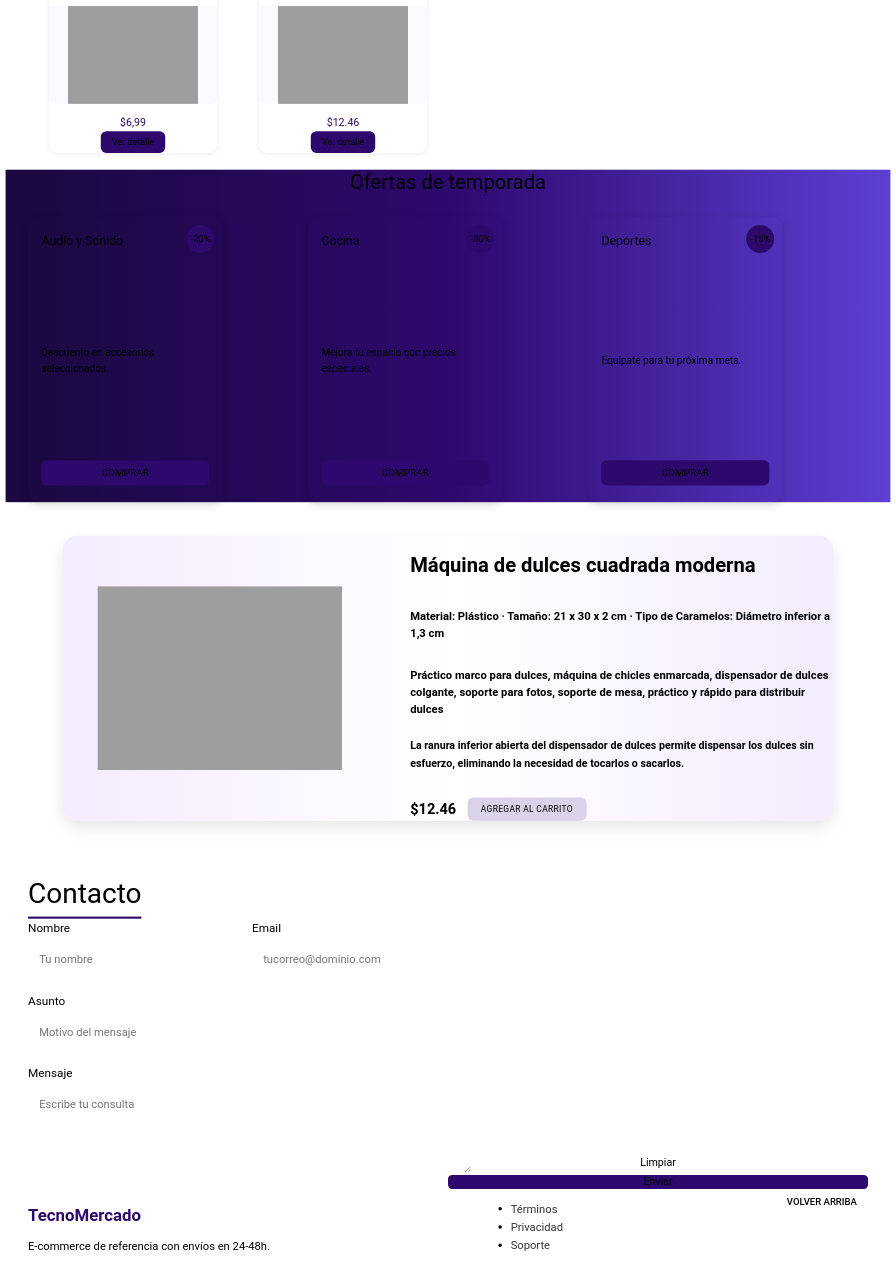
Repository: aryacarpavila/lab02_web
Page: index.html
The author's editor kept a copy of each file at every save. The page is drawn from the files as they stood at one save, then again after the next save.
The browser window is 1280 px wide. The pictures show the part of the page from y = 1008 to 2928 px (the page is 2824 px tall before and 2928 px after), at 70% of full size.
Pictures or frames that could not be fetched are drawn as grey boxes.

Above is the page before, as saved 2025-11-12 09:30:14.

After the next save:
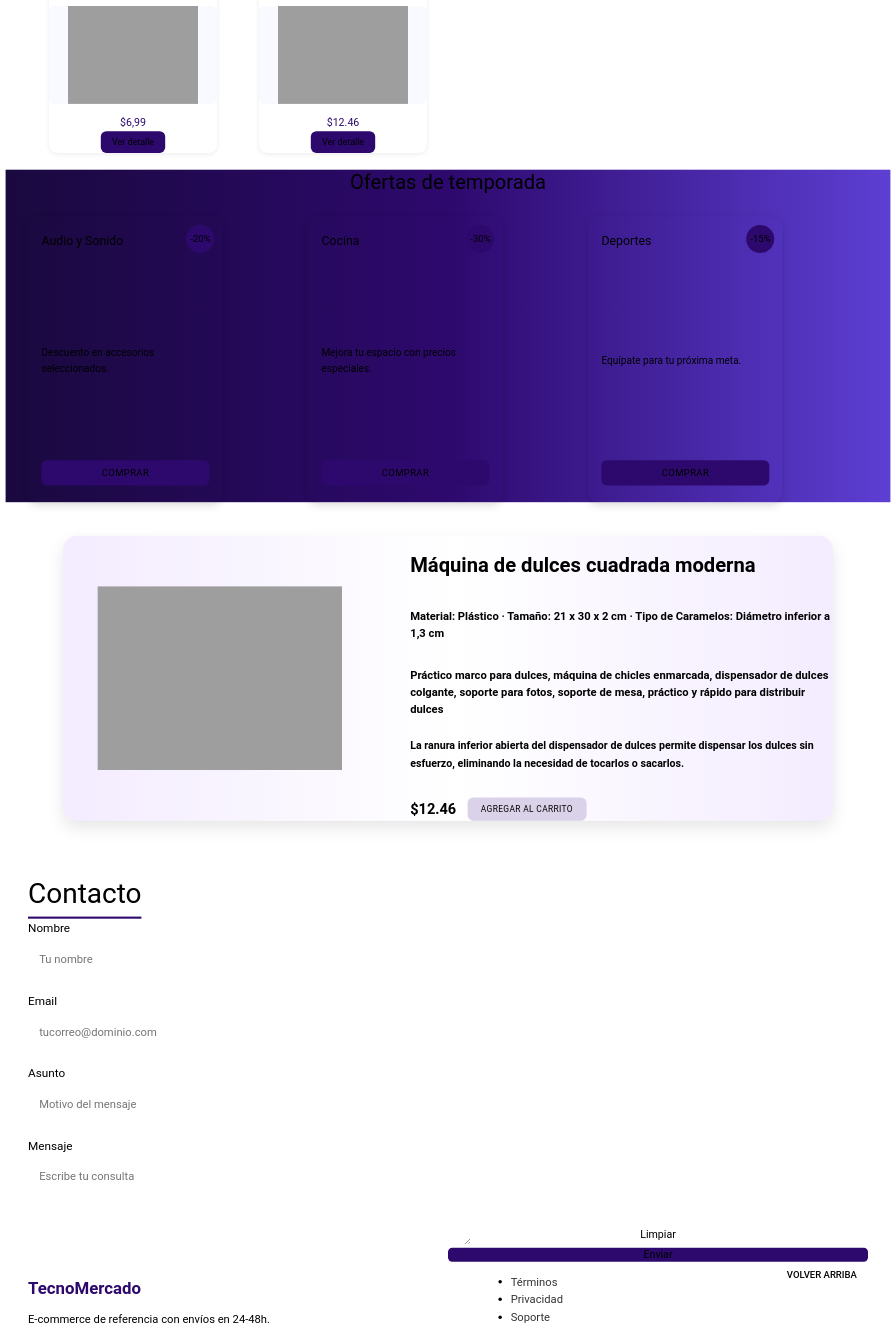
Saved 47 s later.
--- a/assets/css/layout.css
+++ b/assets/css/layout.css
@@ -186,8 +186,7 @@ main section:nth-of-type(2) > div > div:nth-of-type(2) {
 
 .form-contacto .form-grid {
     display: grid;
-    /* Divide el espacio en dos columnas iguales para Nombre y Email */
-    grid-template-columns: 1fr 1fr;
+    grid-template-columns: 1fr;
     gap: 1.5rem 2.5rem; /* Espaciado vertical (1.5rem) y horizontal (2.5rem) */
     padding-bottom: 1rem;
 }
